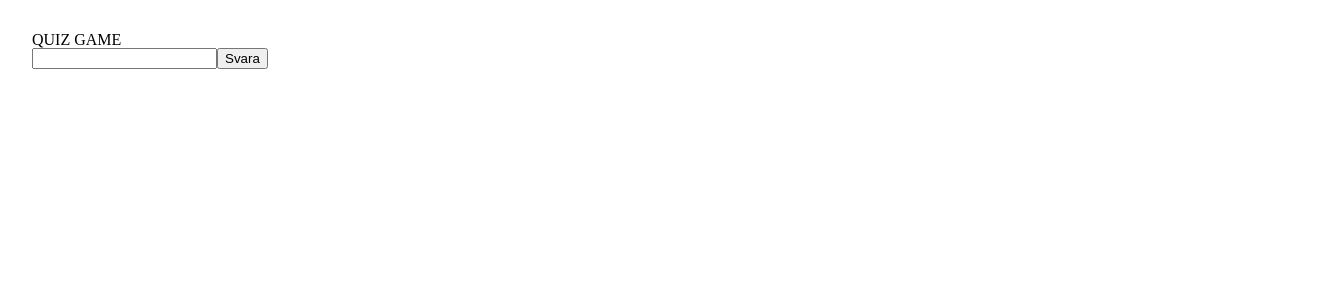
Repository: dv222bk/1dv403-laborationer
Page: 4-thequiz/index.html
The author's editor kept a record of every edit. The page is drawn from the files as they stood at one moment, then again after the next edit.
The browser window is 1280 px wide. The page is 1344 px wide, so the pictures cover 1344 px, including what lies to the right of the window. The pictures show the whole page.
The page's requests for data from a server got no answer.

Above is the page before.

### 4-thequiz/index.html
<!DOCTYPE html>
<html>
    <head>
    	<meta charset="UTF-8" />
    	<title>Laboration 4 - The Quiz!</title>
    	<link rel="stylesheet" type="text/css" href="quiz/css/quizstyle.css" />
    </head>
    <body>
        <div id="quizGame"></div>
        <script type="text/javascript" src="quiz/script/quiz.js"></script>
        <script type="text/javascript" src="quiz/script/script.js"></script>
    </body>
</html>

### 4-thequiz/quiz/css/quizstyle.css
/*
* Reset all original styles
*/
/* http://meyerweb.com/eric/tools/css/reset/
   v2.0 | 20110126
   License: none (public domain)
*/

html, body, div, span, applet, object, iframe,
h1, h2, h3, h4, h5, h6, p, blockquote, pre,
a, abbr, acronym, address, big, cite, code,
del, dfn, em, img, ins, kbd, q, s, samp,
small, strike, strong, sub, sup, tt, var,
b, u, i, center,
dl, dt, dd, ol, ul, li,
fieldset, form, label, legend,
table, caption, tbody, tfoot, thead, tr, th, td,
article, aside, canvas, details, embed,
figure, figcaption, footer, Header, hgroup,
menu, nav, output, ruby, section, summary,
time, mark, audio, video, main {
	margin: 0;
	padding: 0;
	border: 0;
	font-size: 100%;
	font: inherit;
	vertical-align: baseline;
}
/* HTML5 display-role reset for older browsers */
article, aside, details, figcaption, figure,
footer, Header, hgroup, main, menu, nav, section {
	display: block;
}
body {
	line-height: 1;
}
ol, ul {
	list-style: none;
}
blockquote, q {
	quotes: none;
}
blockquote:before, blockquote:after,
q:before, q:after {
	content: '';
	content: none;
}
table {
	border-collapse: collapse;
	border-spacing: 0;
}

/* CSS TRANSITIONS http://stackoverflow.com/questions/11679567/using-css-for-fade-in-effect-on-page-load*/

@keyframes fadeout {
    from { opacity: 1; }
    to   { opacity: 0; }
}

/* Firefox < 16 */
@-moz-keyframes fadeout {
    from { opacity: 1; }
    to   { opacity: 0; }
}

/* Safari, Chrome and Opera > 12.1 */
@-webkit-keyframes fadeout {
    from { opacity: 1; }
    to   { opacity: 0; }
}

/* Internet Explorer */
@-ms-keyframes fadeout {
    from { opacity: 1; }
    to   { opacity: 0; }
}

/* Opera < 12.1 */
@-o-keyframes fadeout {
    from { opacity: 1; }
    to   { opacity: 0; }
}

/*     START OF CSS CHANGES     */
.QuizGame {
    display: block;
    width: 100%;
    padding: 2em;
}
.QuizGame select {
    margin-left: 1em;
    margin-right: 2em;
}
.QuizyGame header {
    margin-left: 2.5em;
}

### 4-thequiz/quiz/script/quiz.js
"use strict";

function QuizGame(elementID, firstURL) {
    var nextURL, questionHolder, answerCount, question;

    /* root element */
    this.root = document.getElementById(elementID);

    nextURL = firstURL;
    questionHolder = [];
    answerCount = 0;

    this.setNextURL = function(URL) {
        nextURL = URL;
    };

    this.getNextURL = function() {
        return nextURL;
    };

    this.resetQuestion = function() {
        nextURL = firstURL;
    };

    this.addQuestion = function(nextQuestion) {
        question = nextQuestion;
    };

    this.updateQuestionHolder = function() {
        questionHolder.push([question, answerCount]);
    };

    this.getQuestionHolder = function() {
        return questionHolder;
    };

    this.resetQuestionHolder = function() {
        questionHolder = [];
    };

    this.increaseAnswerCount = function() {
        answerCount += 1;
    };

    this.resetAnswerCount = function() {
        answerCount = 0;
    };

    this.createApp();
    this.recieveQuestion();
}

QuizGame.prototype.restartApp = function() {
    this.root.innerHTML = "";
    this.resetQuestion();
    this.resetQuestionHolder();
    this.createApp();
    this.recieveQuestion();
};

QuizGame.prototype.createApp = function() {
    var appBody, header, appName, contentHolder, questionP, statusP, answerInput, submitButton;
    var that = this;

    /* Section */
    appBody = document.createElement("section");
    appBody.className = "QuizGame";
    this.root.appendChild(appBody);

    /* Header */
    header = document.createElement("header");
    appName = document.createElement("p");
    appName.innerHTML = "QUIZ GAME";
    header.appendChild(appName);
    appBody.appendChild(header);

    /* Content Holder */
    contentHolder = document.createElement("div");
    appBody.appendChild(contentHolder);

    /* Question holder */
    questionP = document.createElement("p");
    questionP.className = "question";
    contentHolder.appendChild(questionP);

    /* Status holder */
    statusP = document.createElement("p");
    statusP.className = "status";
    contentHolder.appendChild(statusP);

    /* Input field */
    answerInput = document.createElement("input");
    answerInput.type = "text";
    answerInput.name = "answer";
    answerInput.onkeypress = function(e) {
        if(e.keyCode == 13) {
            e.preventDefault();
            that.sendAnswer(this.value);
            this.value = "";
            return false;
        }
    };
    contentHolder.appendChild(answerInput);

    /* Send-button */
    submitButton = document.createElement("button");
    submitButton.type = "submit";
    submitButton.innerHTML = "Svara";
    submitButton.onclick = function(e) {
        e.preventDefault();
        that.sendAnswer(that.root.querySelector("input").value);
        that.root.querySelector("input").value = "";
        return false;
    };
    contentHolder.appendChild(submitButton);
};

QuizGame.prototype.sendAnswer = function(answer) {
    var xhr, JSONData;
    var that = this;
    xhr = new XMLHttpRequest();
    xhr.abort();
    xhr.onreadystatechange = function() {
        if(xhr.readyState === 4) {
            if(xhr.status === 200) {
                JSONData = JSON.parse(xhr.responseText);
                that.increaseAnswerCount();
                that.updateQuestionHolder();
                that.root.querySelector(".status").innerHTML = "";
                if(JSONData.nextURL !== undefined) {
                    that.setNextURL(JSONData.nextURL);
                    that.recieveQuestion();
                } else {
                    that.quizFinished();
                }
            } else if (xhr.status === 400) {
                that.root.querySelector(".status").innerHTML = "Fel svar! Försök igen!";
                that.increaseAnswerCount();
            } else {
                console.log("Läsfel. Status: " + xhr.status);
            }
        }
    };
    xhr.open("POST", this.getNextURL(), true);
    xhr.setRequestHeader("Content-Type", "application/json");
    xhr.send(JSON.stringify({"answer":answer}));
};

QuizGame.prototype.recieveQuestion = function() {
    var xhr, JSONData;
    var that = this;
    xhr = new XMLHttpRequest();
    xhr.abort();
    xhr.onreadystatechange = function() {
        if(xhr.readyState === 4) {
            if(xhr.status === 200) {
                JSONData = JSON.parse(xhr.responseText);
                that.addQuestion(JSONData.question);
                that.setNextURL(JSONData.nextURL);
                that.root.querySelector(".question").innerHTML = "Fråga " + (that.getQuestionHolder().length + 1) + ": " + JSONData.question;
                that.resetAnswerCount();
            } else {
                console.log("Läsfel. Status: " + xhr.status);
            }
        }
    };
    xhr.open("GET", this.getNextURL(), true);
    xhr.send(null);
};

QuizGame.prototype.quizFinished = function() {
    var contentHolder, questionHolder, question, pElement, restartButton;
    var that = this;
    contentHolder = this.root.querySelector("div");
    contentHolder.innerHTML = "";
    questionHolder = this.getQuestionHolder();
    pElement = document.createElement("p");
    pElement.innerHTML = "Grattis! Du svarade rätt på alla frågor!";
    contentHolder.appendChild(pElement);

    for(question = 0; question < questionHolder.length; question += 1) {
        pElement = document.createElement("p");
        pElement.innerHTML = "Fråga " + (question + 1) + " (" + questionHolder[question][0] + "): " + questionHolder[question][1] + " försök.";
        contentHolder.appendChild(pElement);
    }

    restartButton = document.createElement("button");
    restartButton.type = "submit";
    restartButton.innerHTML = "Starta om quizzen";
    restartButton.onclick = function(e) {
        e.preventDefault();
        that.restartApp();
        return false;
    };
    contentHolder.appendChild(restartButton);
};

### 4-thequiz/quiz/script/script.js
"use strict";

window.onload = function() {
    new QuizGame("quizGame", "http://vhost3.lnu.se:20080/question/1");
};

After the next edit:
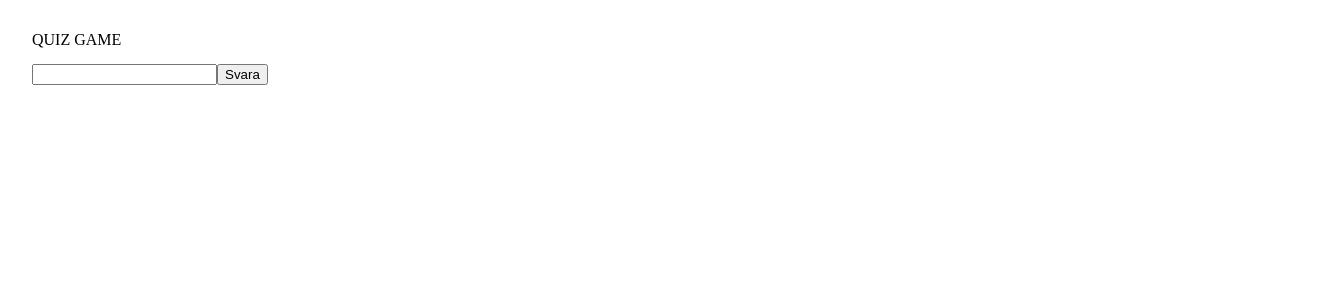
The edit:
--- a/4-thequiz/quiz/css/quizstyle.css
+++ b/4-thequiz/quiz/css/quizstyle.css
@@ -87,9 +87,8 @@
     width: 100%;
     padding: 2em;
 }
-.QuizGame select {
-    margin-left: 1em;
-    margin-right: 2em;
+.QuizGame p {
+    margin-bottom: 1em;
 }
 .QuizyGame header {
     margin-left: 2.5em;
